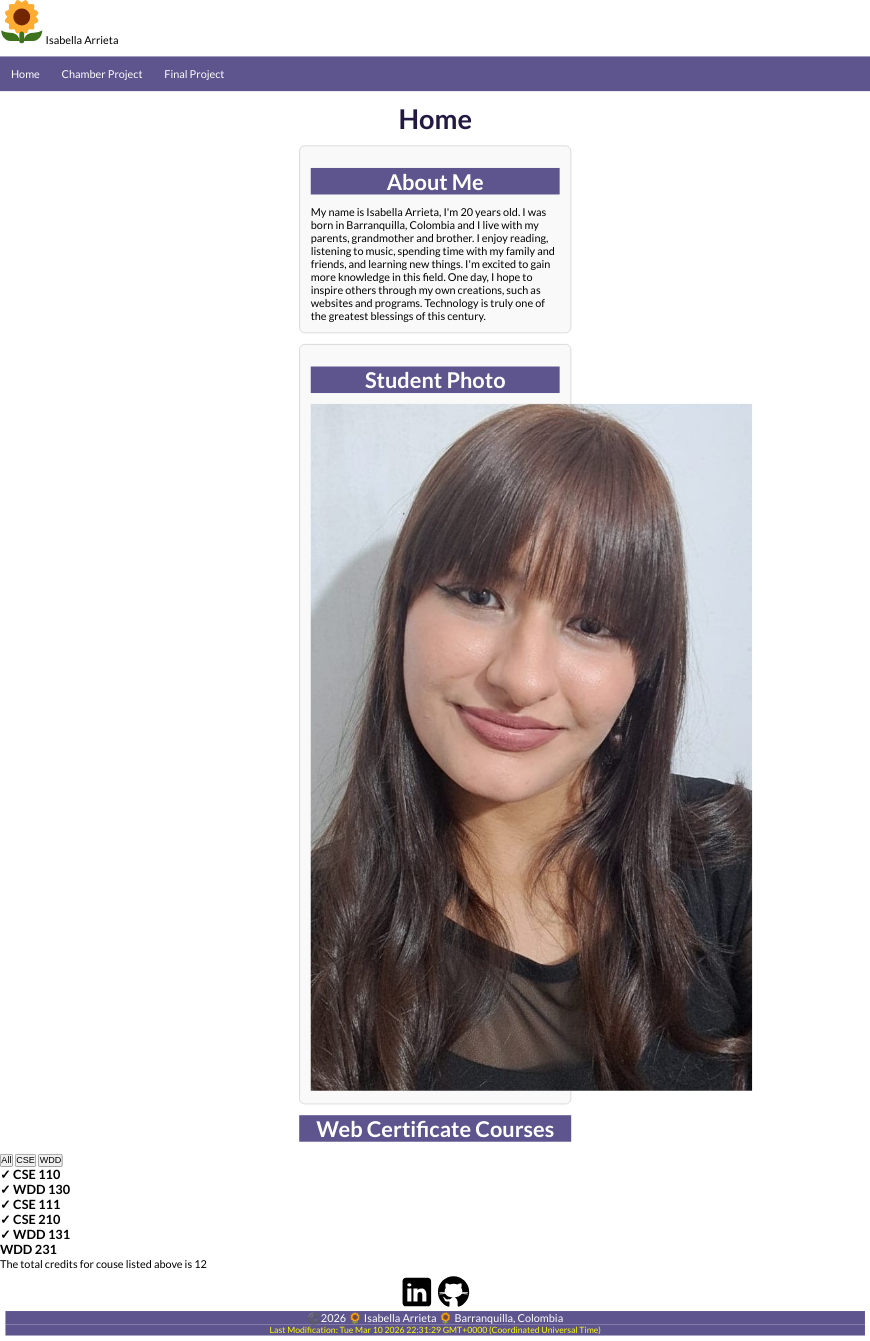
Repository: isaAJ05/wdd231
Page: index.html
These files come from the project's save history. The page is drawn as it stood at one moment and after the next save; the edit follows.
The browser window is 1280 px wide. The pictures show the whole page, at 68% of full size.
Some web fonts or font styles are not loaded; a fallback is used.

Above is the page before, as saved 2026-03-10 23:46:12.

### index.html
<!DOCTYPE html>
<html lang="en">
<head>
    <meta charset="UTF-8">
    <meta name="viewport" content="width=device-width, initial-scale=1.0">
    <title>WDD 231 – Web Frontend Development I – Isabella Arrieta</title>
    <meta name="description" content="WDD 231 – Web Frontend Development I Isabella Arrieta, This is a page about me">
    <meta name="author" content="Isabella Arrieta">
    <link rel="stylesheet" href="styles/normalize.css">
    <link rel="preconnect" href="https://fonts.googleapis.com">
    <link rel="preconnect" href="https://fonts.gstatic.com" crossorigin>
    <link href="https://fonts.googleapis.com/css2?family=Lato:ital,wght@0,100;0,300;0,400;0,700;0,900;1,100;1,300;1,400;1,700;1,900&family=Open+Sans:ital,wght@0,300..800;1,300..800&family=Play:wght@400;700&family=Raleway:ital,wght@0,100..900;1,100..900&display=swap" rel="stylesheet">
    <script src="scripts/getdates.js" defer></script>
    <script src="scripts/hamburguer.js" defer></script>
    <script src="scripts/courses.js" defer></script>
</head>
<body>
    <header>
        <div class="title">
            <img src="images/sunflower-svgrepo-com.svg" alt="Isabella Arrieta logo">
            <span>Isabella Arrieta</span>
        </div>
        <button id="menu" aria-label="Open menu"></button>
        <nav>
            <ul class="navigation">
			<li><a href="index.html">Home</a></li>
			<li><a href="#" class="chamber">Chamber Project</a></li>
			<li><a href="#" class="final">Final Project</a></li>
		</ul>
        </nav>
    </header>
    <main>
        <h1>Home</h1>
        <section class="card">
            <div class="rectangle">
                <h2>About Me</h2>
            </div>
            <div class="presentation">
            <p>My name is Isabella Arrieta, I'm 20 years old. I was born in Barranquilla, Colombia and I live with my parents, grandmother and brother. I enjoy reading, listening to music, spending time with my family and friends, and learning new things. I'm excited to gain more knowledge in this field. One day, I hope to inspire others through my own creations, such as websites and programs. Technology is truly one of the greatest blessings of this century.</p>
            </div>
            </section>

        <section class="card">
            <div class="rectangle">
                <h2>Student Photo</h2>
            </div>
            <img src ="images/isa.jpg" alt="Isabella Arrieta picture">
            </section>

        <section class="card2">
            <div class="rectangle">
                <h2>Web Certificate Courses</h2>
            </div>
               <div class="course-buttons">
                <button id="all">All</button>
                <button id="cse">CSE</button>
                <button id="wdd">WDD</button>
            </div>

            <div id="courses"></div>

            <p>The total credits for couse listed above is <span id="totalCredits"></span></p>

        </section>
    </main>
    <footer>
        <div class ="icons">
                <a href="https://www.linkedin.com/in/isabella-arrieta/" target="_blank"><img src="images/icons8-linkedin.svg" alt="LinkedIn icon"></a>
                <a href="https://github.com/isaaj05" target="_blank"><img src="images/icons8-github.svg" alt="GitHub icon"></a>
        </div>
        <p>
            ©️<span id="currentyear"></span> 🌻 Isabella Arrieta 🌻 Barranquilla, Colombia
        </p>
        <p class="last-modified">
            <span id="lastModified"></span>
        </p>
    </footer>

</body>
</html>

### styles/normalize.css
:root {
    --primary-color: #231942;
    --secondary-color: #5e548e;
    --font: "Lato", sans-serif;
}
* {
	margin: 0;
	padding: 0;
	box-sizing: border-box;
}
body{
	font-family: var(--font);
}
h1 {
	text-align: left;
	color: var(--primary-color);
	font-size: 1.5rem;
	margin-left: 1rem;
	position: left;
}

h2 {
	font-size: 1.2rem;
	color: #fff;
	text-align: left;
	margin: 1rem;
	}
header {
    position: relative;

}
nav {
	margin: 1rem auto;
}

/* small view navigation */
#menu {
	font-size: 1.5rem;
	border: 0;
	background: none;
	color: #000;
 	position: absolute;
  top: 1rem;
	right: 1rem;
}

#menu::before {
	content: "☰";
}

#menu.open::before {
	content: "✖️";
}

.navigation {
	display: flex;
	flex-direction: column;
	list-style: none;
	background-color: var(--secondary-color);
	color: #fff;
}

.navigation a {
	display: none;
	padding: 1rem;
	text-align: center;
	text-decoration: none;
	color: #fff;
}
.navigation a:hover {
	background-color: #bbb;
	color: #333;
	font-weight: 700;
}

/* when the button is clicked - the open class is toggled (added/removed) */
.open a {
	display: block;
}

.active::before {
	content: "📍";  /* just a wayfinding symbol for the user */
}

.card {
	border: 1px solid #ccc;
	border-radius: 8px;
	padding: 1rem;
	margin: 1rem auto;
	max-width: 400px;
	background-color: #f9f9f9;
}
.rectangle{
	margin: 1rem auto;
	max-width: 400px;
	background-color: var(--secondary-color);


}

footer {
    color:  #fff;
    text-align: center;
    padding: 8px;
}
footer p {
    background: var(--secondary-color);
}
.last-modified {
    font-size: 0.8rem;
    color: yellow;
}

/* large view navigation ************************************/
@media (min-width: 37.5em) {
	h1 {
		font-size: 2.5rem;
		margin-left: 0;
		text-align: center;
	}

	h2 {
		font-size: 2rem;
		text-align: center;
	}

	#menu {
		display: none; /* hide hamburger button */
	}

	.navigation {
		flex-direction: row;
	}

	.navigation a {
		display: block;
		flex: 1 1 100%;
	}

	.stuff {
		margin: 1rem auto;
	}
}

### scripts/getdates.js
const year = document.querySelector("#currentyear");
const today = new Date();
year.innerHTML = `<span class="highlight">${today.getFullYear()}</span>`;
const lastMod = document.querySelector("#lastModified");
let oLastModif = new Date(document.lastModified);
lastMod.innerHTML = `Last Modification: <span class="highlight">${oLastModif}</span>`;

### scripts/hamburguer.js
const hamButton = document.querySelector('#menu');
const navigation = document.querySelector('.navigation');
const title = document.querySelector('.title');

hamButton.addEventListener('click', () => {
	navigation.classList.toggle('open');
    hamButton.classList.toggle('open');
    title.classList.toggle('open');
});

### scripts/courses.js
// here we select the elements we need to interact with
const courseContainer = document.querySelector("#courses"); // container for the course cards
const totalCredits = document.querySelector("#totalCredits"); // element to display total credits
// buttons to filter courses
const allBtn = document.querySelector("#all");
const cseBtn = document.querySelector("#cse");
const wddBtn = document.querySelector("#wdd");
// array given by the university with all the courses in the web certificate program
const courses = [
    {
        subject: 'CSE',
        number: 110,
        title: 'Introduction to Programming',
        credits: 2,
        certificate: 'Web and Computer Programming',
        description: 'This course will introduce students to programming. It will introduce the building blocks of programming languages (variables, decisions, calculations, loops, array, and input/output) and use them to solve problems.',
        technology: [
            'Python'
        ],
        completed: true
    },
    {
        subject: 'WDD',
        number: 130,
        title: 'Web Fundamentals',
        credits: 2,
        certificate: 'Web and Computer Programming',
        description: 'This course introduces students to the World Wide Web and to careers in web site design and development. The course is hands on with students actually participating in simple web designs and programming. It is anticipated that students who complete this course will understand the fields of web design and development and will have a good idea if they want to pursue this degree as a major.',
        technology: [
            'HTML',
            'CSS'
        ],
        completed: true
    },
    {
        subject: 'CSE',
        number: 111,
        title: 'Programming with Functions',
        credits: 2,
        certificate: 'Web and Computer Programming',
        description: 'CSE 111 students become more organized, efficient, and powerful computer programmers by learning to research and call functions written by others; to write, call , debug, and test their own functions; and to handle errors within functions. CSE 111 students write programs with functions to solve problems in many disciplines, including business, physical science, human performance, and humanities.',
        technology: [
            'Python'
        ],
        completed: true
    },
    {
        subject: 'CSE',
        number: 210,
        title: 'Programming with Classes',
        credits: 2,
        certificate: 'Web and Computer Programming',
        description: 'This course will introduce the notion of classes and objects. It will present encapsulation at a conceptual level. It will also work with inheritance and polymorphism.',
        technology: [
            'C#'
        ],
        completed: true
    },
    {
        subject: 'WDD',
        number: 131,
        title: 'Dynamic Web Fundamentals',
        credits: 2,
        certificate: 'Web and Computer Programming',
        description: 'This course builds on prior experience in Web Fundamentals and programming. Students will learn to create dynamic websites that use JavaScript to respond to events, update content, and create responsive user experiences.',
        technology: [
            'HTML',
            'CSS',
            'JavaScript'
        ],
        completed: true
    },
    {
        subject: 'WDD',
        number: 231,
        title: 'Frontend Web Development I',
        credits: 2,
        certificate: 'Web and Computer Programming',
        description: 'This course builds on prior experience with Dynamic Web Fundamentals and programming. Students will focus on user experience, accessibility, compliance, performance optimization, and basic API usage.',
        technology: [
            'HTML',
            'CSS',
            'JavaScript'
        ],
        completed: false
    }
]
// function to display the courses on the page
function displayCourses(courseList) {
    courseContainer.innerHTML = ""; // clear the container before adding new courses

    courseList.forEach(course => {
        const card = document.createElement("div"); // create a card for each course
        card.classList.add("course-card");

        if (course.completed) {
            card.classList.add("completed");// add a class to indicate the course is completed
        }

        card.innerHTML = `
            <h3>${course.completed ? '✓' : ''} ${course.subject} ${course.number}</h3>
        `;

        courseContainer.appendChild(card); // add the card to the container
    });

    calculateCredits(courseList);
}
function calculateCredits(courseList) {
    const total = courseList.reduce((sum, course) => sum + course.credits, 0); // calculate the total credits by summing the credits of all courses in the list
    totalCredits.textContent = total;
}

allBtn.addEventListener("click", () => {
    displayCourses(courses);
});

cseBtn.addEventListener("click", () => {
    const cseCourses = courses.filter(course => course.subject === "CSE");
    displayCourses(cseCourses);
});

wddBtn.addEventListener("click", () => {
    const wddCourses = courses.filter(course => course.subject === "WDD");
    displayCourses(wddCourses);
});

displayCourses(courses);

After the next save:
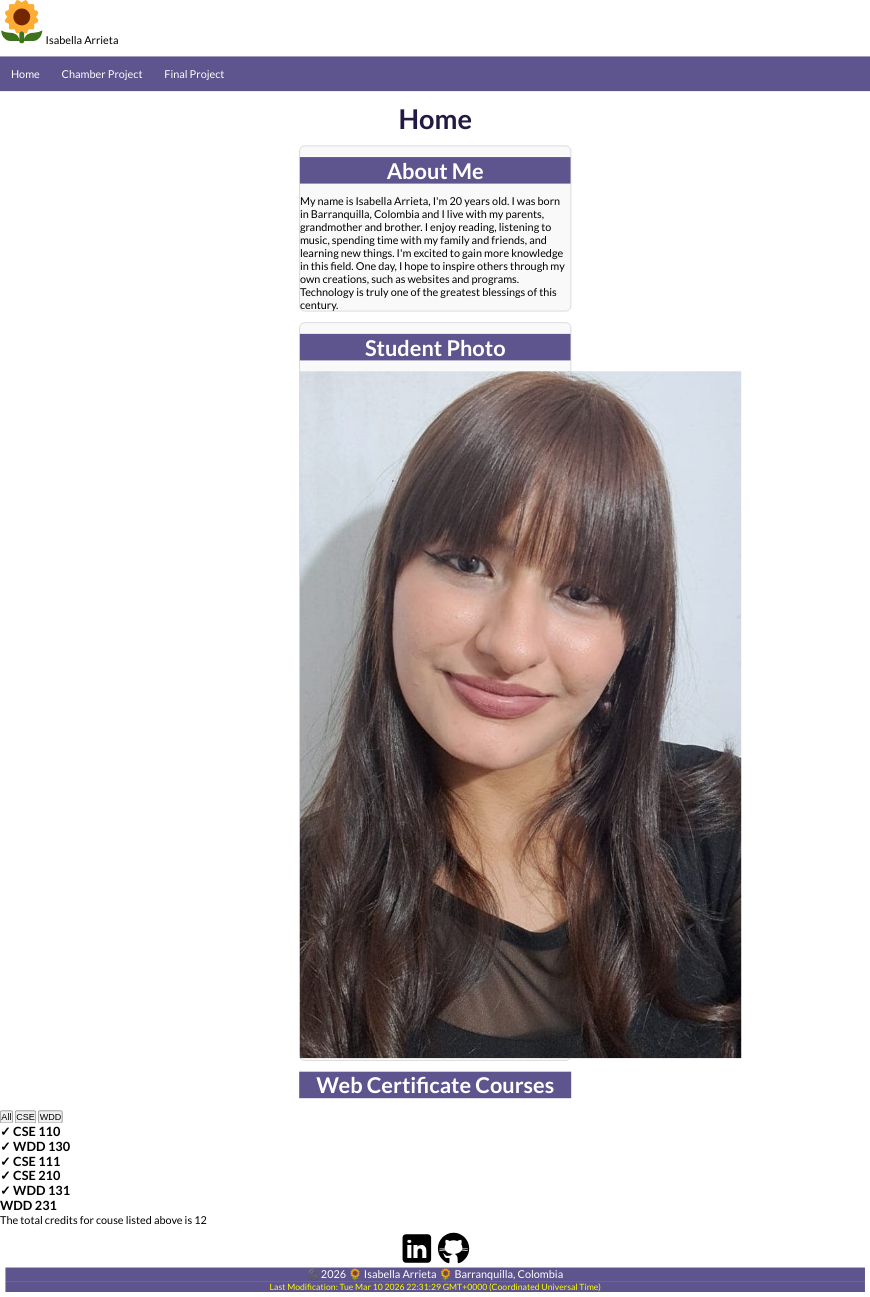
Saved 34 s later.
--- a/styles/normalize.css
+++ b/styles/normalize.css
@@ -85,7 +85,7 @@
 .card {
 	border: 1px solid #ccc;
 	border-radius: 8px;
-	padding: 1rem;
+	padding: ;
 	margin: 1rem auto;
 	max-width: 400px;
 	background-color: #f9f9f9;

After the save that followed:
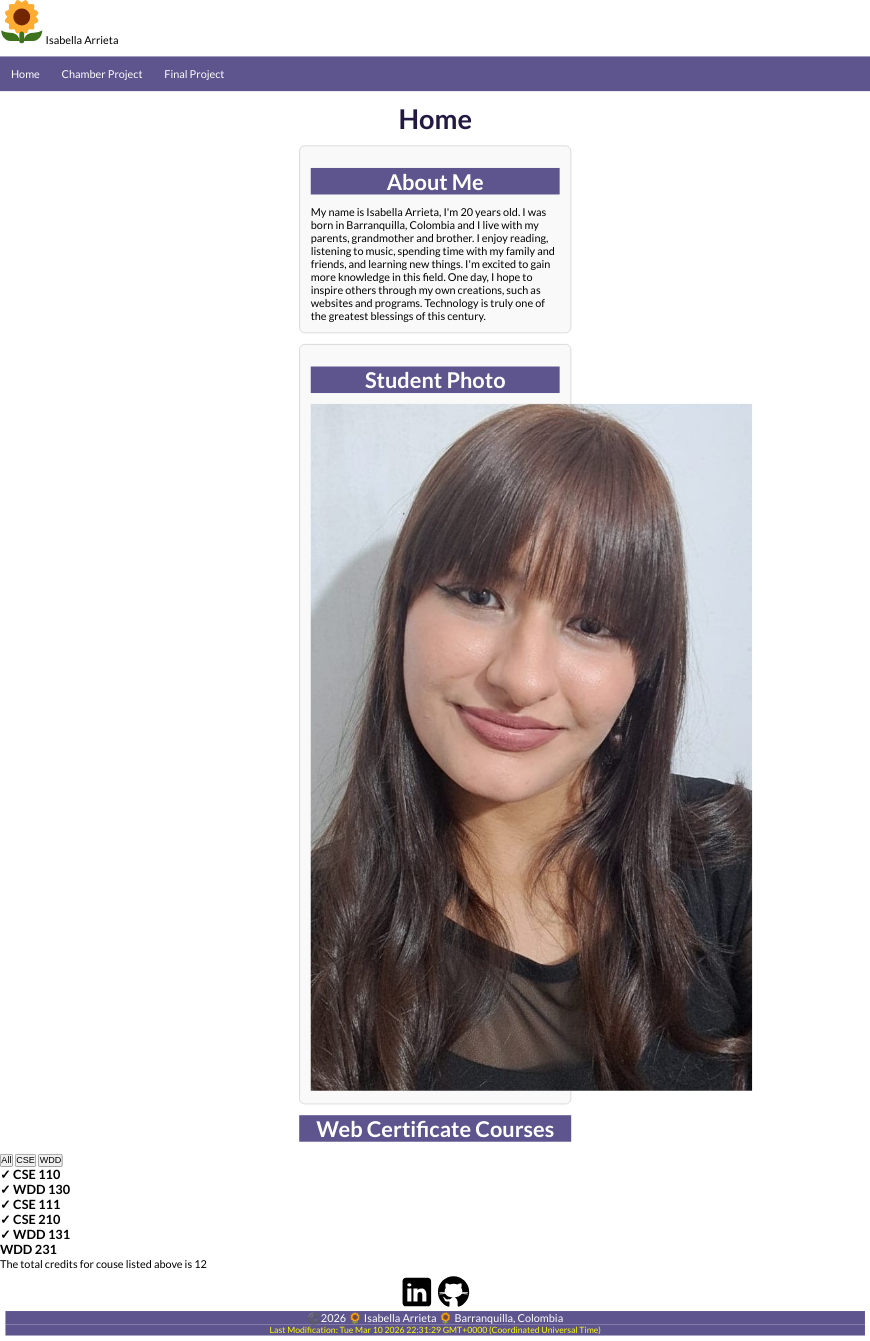
Saved 5 s later.
--- a/styles/normalize.css
+++ b/styles/normalize.css
@@ -85,7 +85,7 @@
 .card {
 	border: 1px solid #ccc;
 	border-radius: 8px;
-	padding: ;
+	padding: 1rem;
 	margin: 1rem auto;
 	max-width: 400px;
 	background-color: #f9f9f9;
